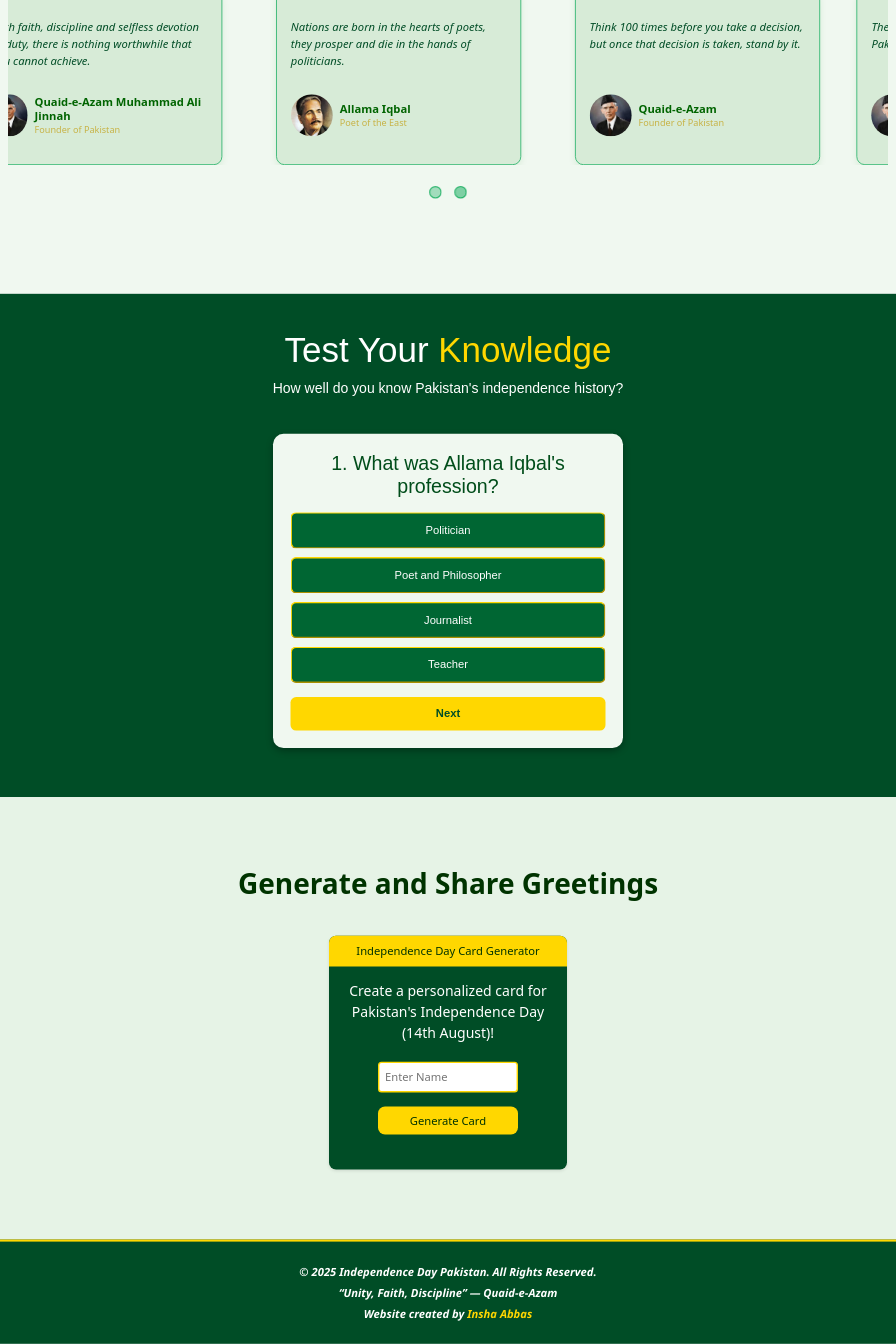
Repository: memonmuhammadali98/Pakistan-Independence-Day
Page: index.html
An editor plug-in stored every save of this project. The page is shown before and after a run of saves, followed by the edit.
The browser window is 1280 px wide. The pictures show the part of the page from y = 4434 to 6354 px (the page is 6354 px tall), at 70% of full size.

Above is the page before, as saved 2025-08-09 21:09:03.

After the next 3 saves:
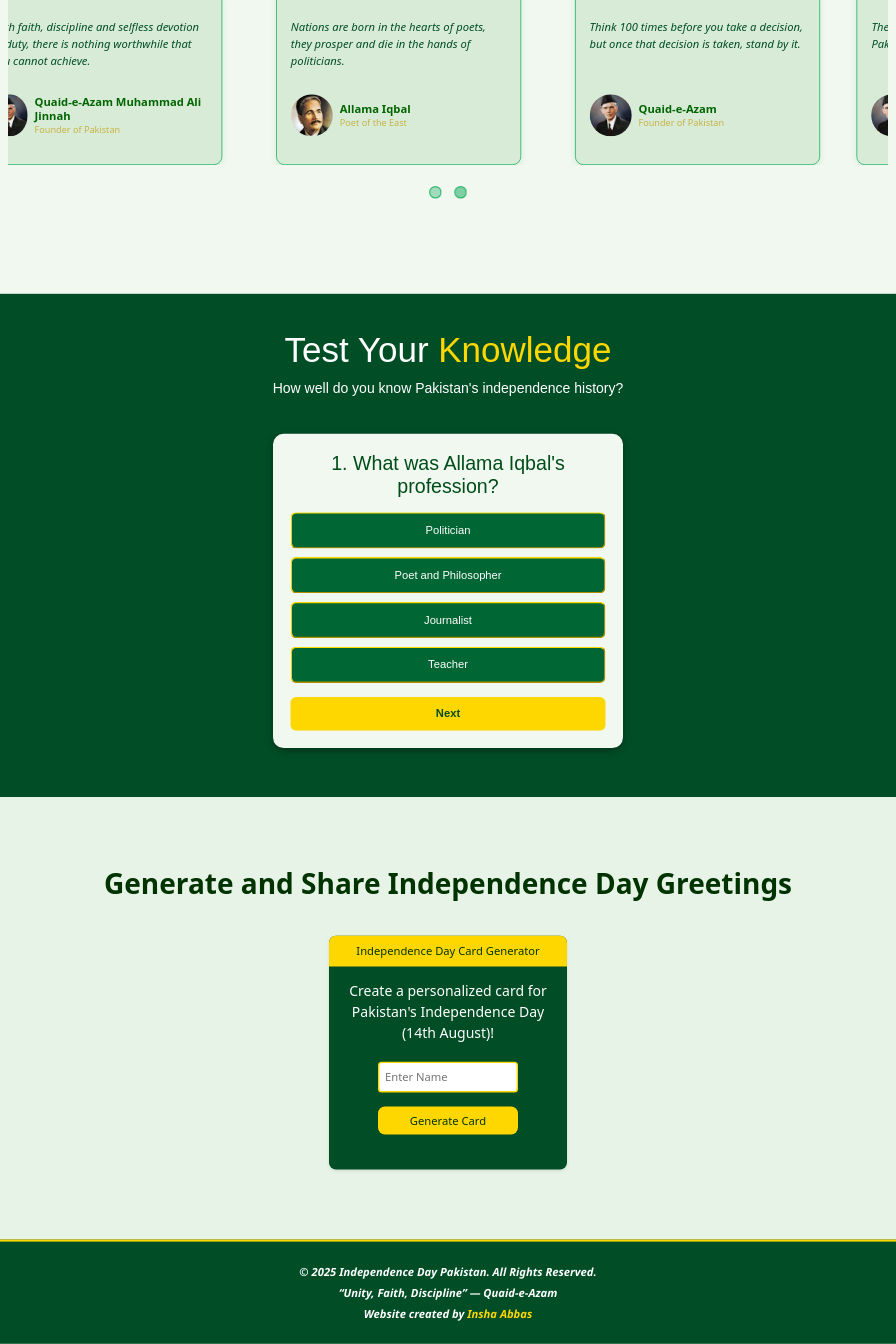
The 3 saves are shown as one change because they came seconds apart.
The last was saved 10 s later.
--- a/index.html
+++ b/index.html
@@ -307,7 +307,7 @@
 
 <!-- Card Section Starts -->
  <section class="card-section">
-  <h2>Generate and Share <spanIndependence Dayspan> Greetings</h2>
+  <h2>Generate and Share <span styl>Independence Day</span> Greetings</h2>
         <div class="generator-section">
             <div class="header">Independence Day Card Generator</div>
             <p>Create a personalized card for Pakistan's Independence Day (14th August)!</p>
